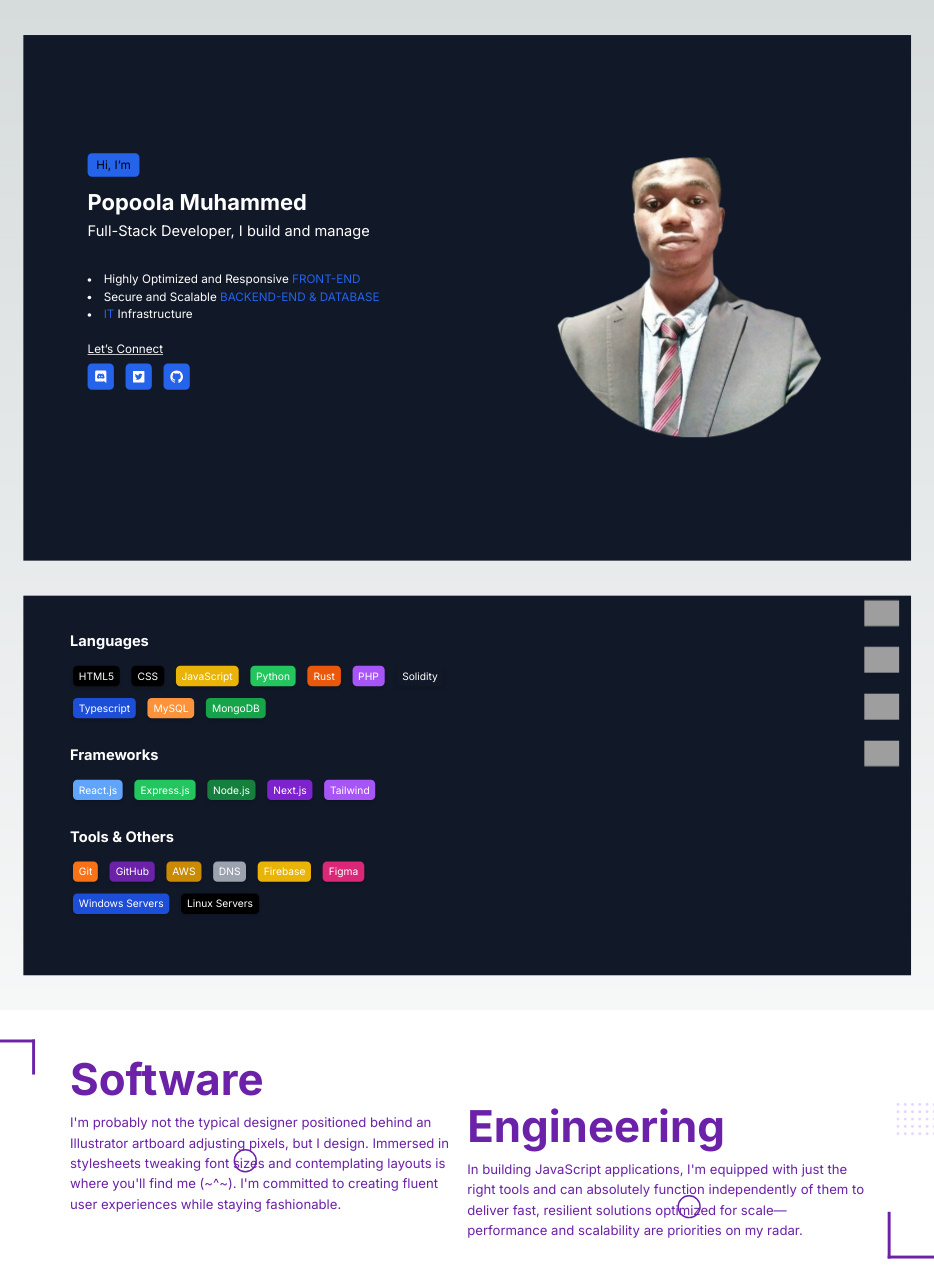
Repository: muhammedctgr/hammedctgr
Page: /
An editor plug-in stored every save of this project. The page is shown before and after the next save, followed by the edit.
The browser window is 1280 px wide. The pictures show the whole page, at 73% of full size.
Pictures or frames that could not be fetched are drawn as grey boxes. The project was rebuilt for these pictures with package versions that can differ from the ones it lists, and the page was loaded fresh each time. The framework's server and built-in components were replaced by stand-ins that run in the browser. Also part of the build but not shown: next.config.mjs.

Above is the page before, as saved 2024-08-03 08:18:41.

After the next save:
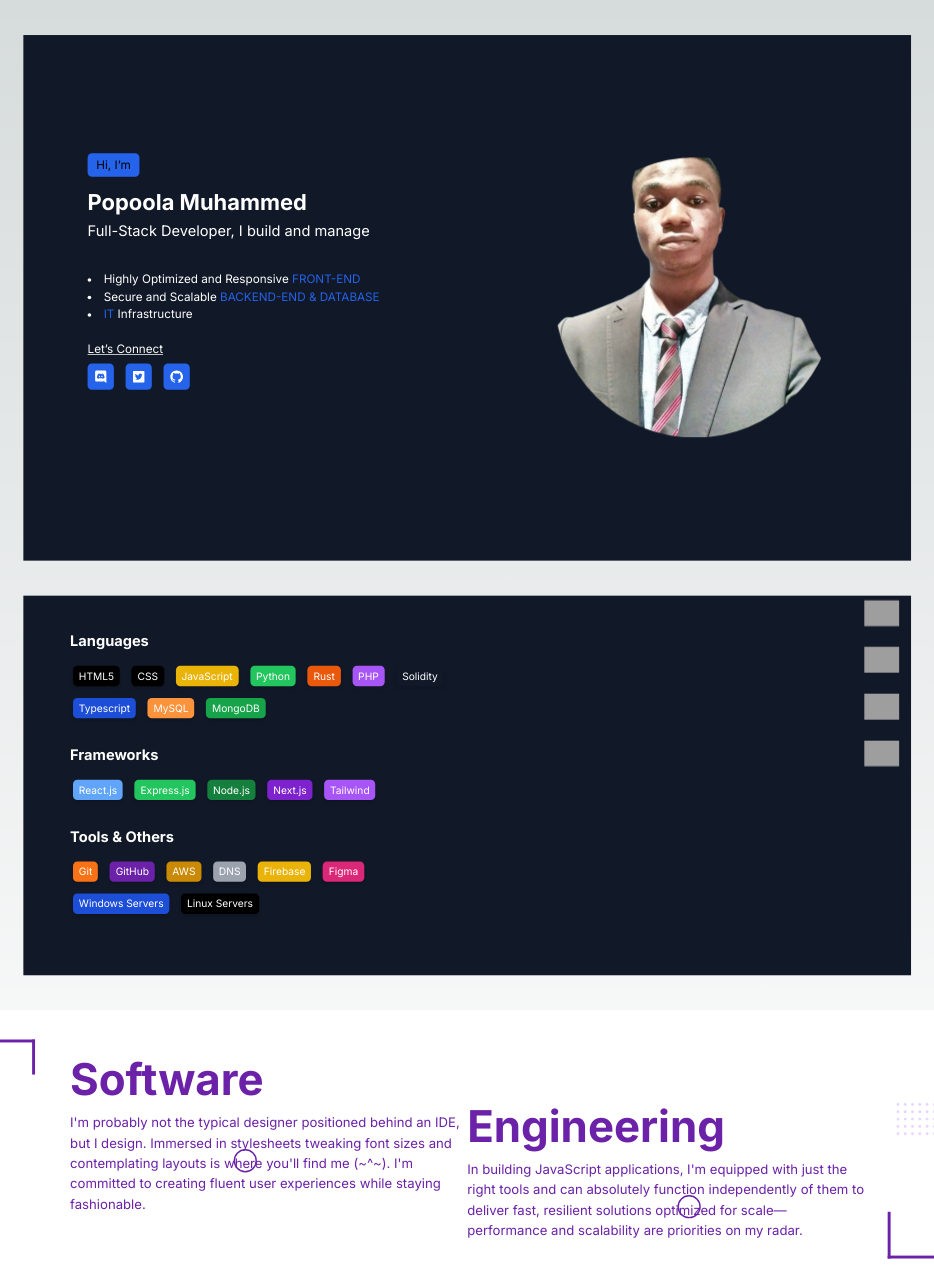
Saved 39 s later.
--- a/components/SummarySection.tsx
+++ b/components/SummarySection.tsx
@@ -9,7 +9,7 @@ const SummarySection: FC = () => {
             <span className="text-6xl font-bold">Software</span>
           </div>
           <p className="text-lg">
-            I'm probably not the typical designer positioned behind an Illustrator artboard adjusting pixels, but I design. Immersed in stylesheets tweaking font sizes and contemplating layouts is where you'll find me (~^~). I'm committed to creating fluent user experiences while staying fashionable.
+            I'm probably not the typical designer positioned behind an IDE, but I design. Immersed in stylesheets tweaking font sizes and contemplating layouts is where you'll find me (~^~). I'm committed to creating fluent user experiences while staying fashionable.
           </p>
         </div>
         <div className="md:w-1/2 md:mt-16">
